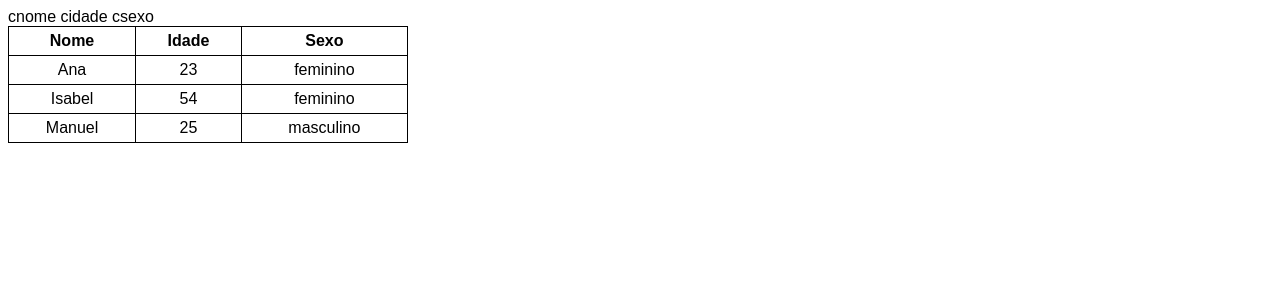
Repository: Lucianorodriguesdev/cursoHTML-CSS
Page: ex023/cougroup.html
An editor plug-in stored every save of this project. The page is shown before and after the next save, followed by the edit.
The browser window is 1280 px wide. The pictures show the whole page.

Above is the page before, as saved 2026-06-24 09:44:38.

After the next save:
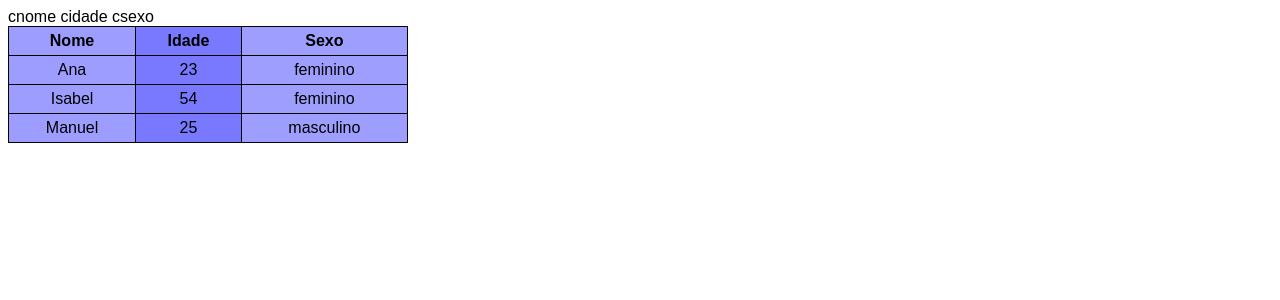
Saved 28 s later.
--- a/ex023/cougroup.html
+++ b/ex023/cougroup.html
@@ -18,13 +18,13 @@
             padding: 5px;
             text-align: center;
         }
-        cnome{
+        .cnome{
             background-color: rgba(0, 0, 255, 0.386);
         }
-        cidade{
+        .cidade{
             background-color: rgba(0, 0, 255, 0.525);
         }
-        csexo{
+        .csexo{
             background-color: rgba(0, 0, 255, 0.382);
         }
     </style>
